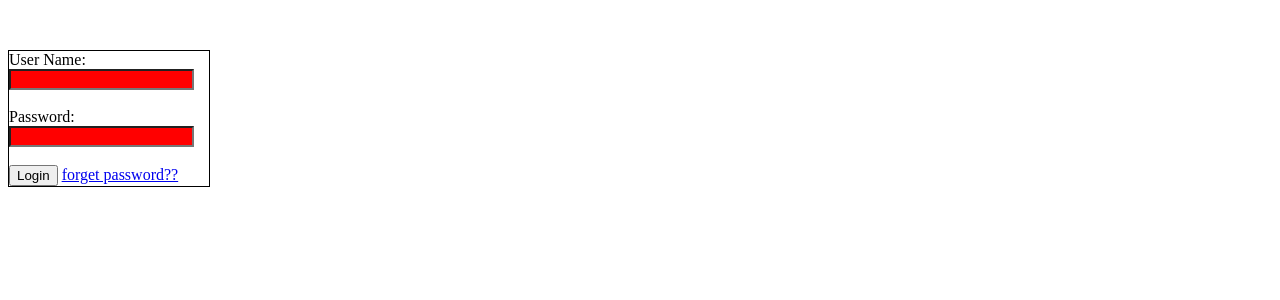
Repository: AmritOjha01/sms
Page: http://localhost/StudentManagementSystem/UserController?action=listUser
These files come from the project's save history. The page is drawn as it stood at one moment and after the next save; the edit follows.
The browser window is 1280 px wide. The pictures show the whole page.
The page is served by Tomcat 9.

Above is the page before, as saved 2017-03-27 11:27:23.

After the next save:
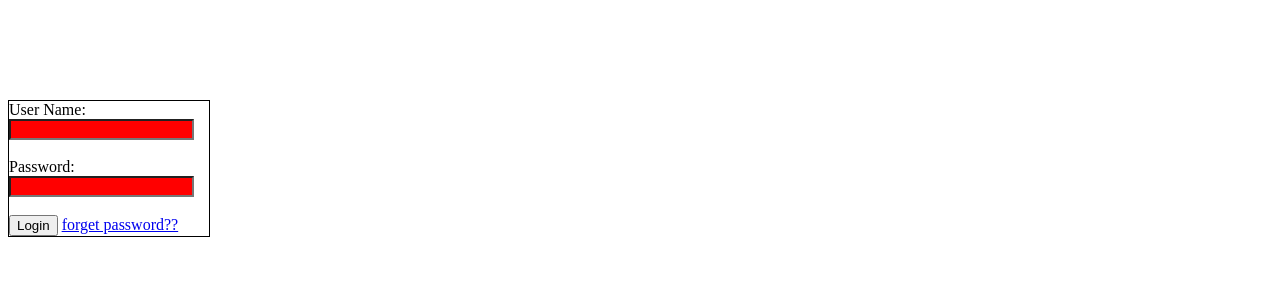
Saved 10 s later.
--- a/StudentManagementSystem/WebContent/resources/customcss/demo.css
+++ b/StudentManagementSystem/WebContent/resources/customcss/demo.css
@@ -3,7 +3,7 @@
 	width: 200px;
 	border-width: 1px;
 	border-style: solid;
-	margin: 50px 0px 0px 0px;
+	margin: 100px 0px 0px 0px;
 }
 .css-style {
 	background-color: red
